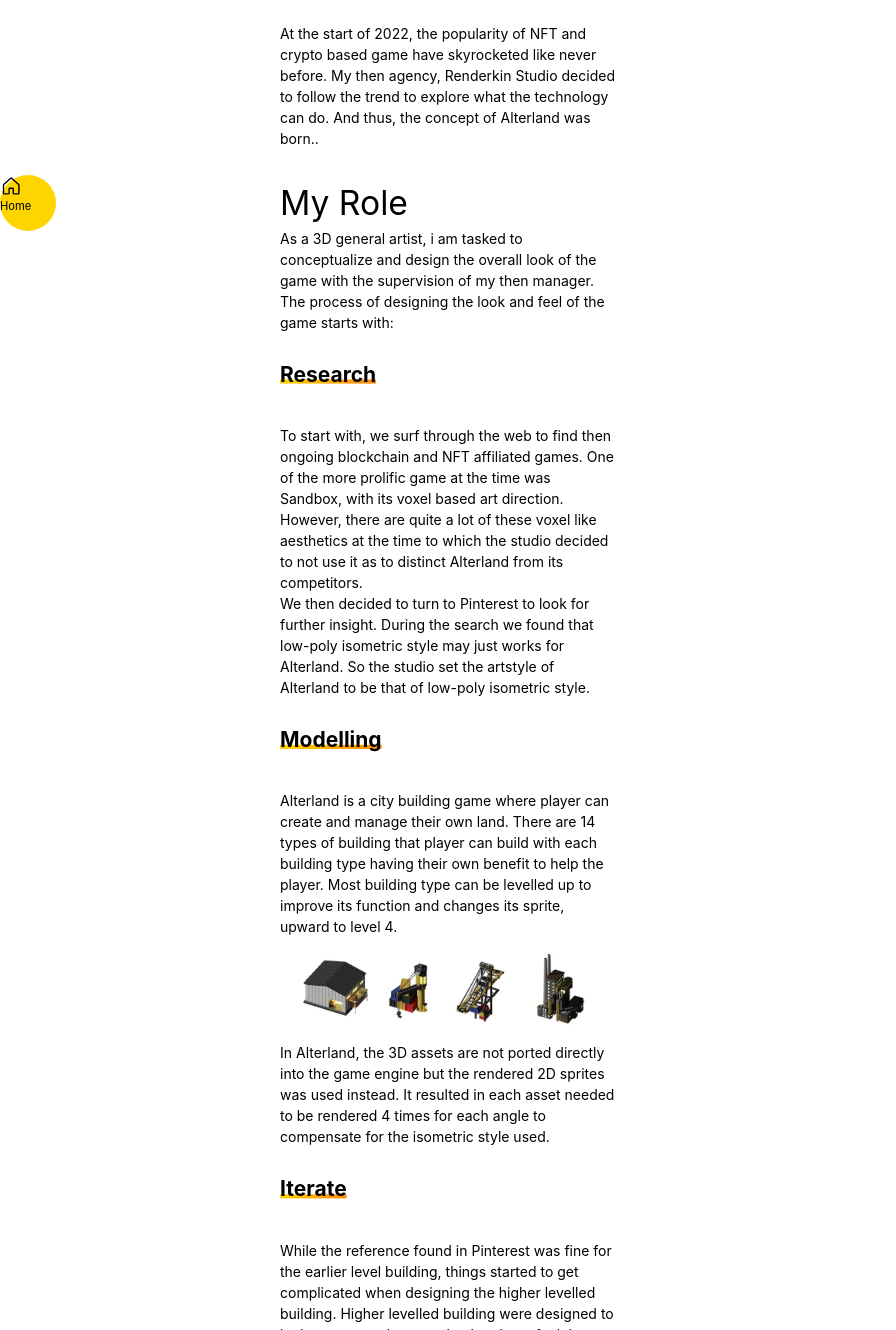
Repository: thortato/thortato.github.io
Page: /Alterland
These files come from the project's save history. The page is drawn as it stood at one moment and after the next save; the edit follows.
The browser window is 1280 px wide. The pictures show the part of the page from y = 390 to 2290 px (the page is 3850 px tall), at 70% of full size.
The project was rebuilt for these pictures with package versions that can differ from the ones it lists, and the page was loaded fresh each time. Also part of the build but not shown: src/App.css, src/Pages/Sidebar.js, src/Components/HeroImage.js, src/Pages/HeroSection.js, src/Pages/About.js, src/Components/Card.js, src/Pages/Works.js, src/Pages/ContactMe.js and 2 more.

Above is the page before, as saved 2023-10-04 20:02:15.

### public/index.html
<!DOCTYPE html>
<html lang="en">
  <head>
    <meta charset="utf-8" />
    <link rel="icon" href="%PUBLIC_URL%/favicon.ico" />
    <meta name="viewport" content="width=device-width, initial-scale=1" />
    <meta name="theme-color" content="#000000" />
    <meta
      name="description"
      content="Web site created using create-react-app"
    />
    <link rel="apple-touch-icon" href="%PUBLIC_URL%/logo192.png" />
    <!--
      manifest.json provides metadata used when your web app is installed on a
      user's mobile device or desktop. See https://developers.google.com/web/fundamentals/web-app-manifest/
    -->
    <link rel="manifest" href="%PUBLIC_URL%/manifest.json" />
    <!--
      Notice the use of %PUBLIC_URL% in the tags above.
      It will be replaced with the URL of the `public` folder during the build.
      Only files inside the `public` folder can be referenced from the HTML.

      Unlike "/favicon.ico" or "favicon.ico", "%PUBLIC_URL%/favicon.ico" will
      work correctly both with client-side routing and a non-root public URL.
      Learn how to configure a non-root public URL by running `npm run build`.
    -->
    <title>Javic's Portfolio Site</title>
  </head>
  <body>
    <noscript>You need to enable JavaScript to run this app.</noscript>
    <div id="root"></div>
    <!--
      This HTML file is a template.
      If you open it directly in the browser, you will see an empty page.

      You can add webfonts, meta tags, or analytics to this file.
      The build step will place the bundled scripts into the <body> tag.

      To begin the development, run `npm start` or `yarn start`.
      To create a production bundle, use `npm run build` or `yarn build`.
    -->
  </body>
</html>

### src/index.js
import React from 'react';
import ReactDOM from 'react-dom/client';
import './index.css';
import App from './App';
import { BrowserRouter } from 'react-router-dom';
import reportWebVitals from './reportWebVitals';

const root = ReactDOM.createRoot(document.getElementById('root'));
root.render(
  <React.StrictMode>
    <BrowserRouter>
      <App />
    </BrowserRouter>

  </React.StrictMode>
);

// If you want to start measuring performance in your app, pass a function
// to log results (for example: reportWebVitals(console.log))
// or send to an analytics endpoint. Learn more: https://bit.ly/CRA-vitals
reportWebVitals();

### src/index.css


body {
  margin: 0;
  font-family: -apple-system, BlinkMacSystemFont, 'Segoe UI', 'Roboto', 'Oxygen',
    'Ubuntu', 'Cantarell', 'Fira Sans', 'Droid Sans', 'Helvetica Neue',
    sans-serif;
  -webkit-font-smoothing: antialiased;
  -moz-osx-font-smoothing: grayscale;
}

code {
  font-family: source-code-pro, Menlo, Monaco, Consolas, 'Courier New',
    monospace;
}

@tailwind base;
@tailwind components;
@tailwind utilities;
@import url('https://fonts.googleapis.com/css2?family=Inter:wght@400;600&display=swap');

### src/App.js
import './App.css';
import './Components/Content.css';
import Sidebar from './Pages/Sidebar.js';
import Home from './Pages/Home';
import Footer from './Pages/Footer';
import ScrolltoTop from './ScrolltoTop';
import { Routes, Route} from 'react-router-dom';
import {WorkAlterland} from './Pages/Works/Work_Alterland.js';
import {WorkIntotheForest} from'./Pages/Works/Work_IntotheForest.js';


function App() {
  return (
    <>
        {/* <Sidebar /> */}
        <div className='flex flex-col '>
        <ScrolltoTop/>
        <Routes>
          <Route path='/' element={<Home/>} />
          <Route path='Alterland' element={<WorkAlterland/>} />
          <Route path='IntotheForest' element={<WorkIntotheForest/>} />
        </Routes>
        <Footer/>
        </div>



    </>
  );
}

export default App;

### src/Components/Content.css

html{
    /* scroll-snap-type: y mandatory;
    scroll-behavior: smooth; */
    font-family: 'Inter', sans-serif;
}

h1{
    font-size: 3rem;
    font-family: 'Inter', sans-serif;
}

h2{
    font-size: 2.5rem;
}

p{
    font-size: 1.25rem;
    font-weight: 400;
}


@media screen and (min-width:320px) and (max-width:480px) {
    .header{
        height: 150vh ;
        display: flex;
        align-items: center;
        justify-content: center;
        overflow: hidden;
    }

    .hero-container{
        width: 100%;
        padding: 10rem;
        display: flex;
        flex-direction: column;
    }

    .header-hero-text{
        animation-name: headerAnim;
        animation-duration: 2s;
    }

    .header-hero-text h1{
        font-size: 4rem;
        word-wrap:normal;
        font-weight: 900;
        line-height: 90%;
        margin-top: -60vh;
        /* text-align: center; */
    }

    .header-hero-image{
        translate: -15rem -10rem;
        transform: scale(.7);
        margin-top: -20%;
    }

    .header-effect{
        z-index: 0;
        animation: ScaleAnim;
        animation-duration: 2s;
        transform: scale(.7);
        position: absolute;
    }

    .header-robot{
        z-index: 1;
        animation: SlideAnim;
        animation-duration: 2s;
        transform: scale(.7);
        position: absolute;

    }

    .header-bomb{
        z-index:3;
        animation: SlideAnim;
        animation-duration: 3s;
        transform: scale(.7);
        position: absolute;
    }


}

@media screen and (min-width:640px){
    .header{
        /* scroll-snap-align: center;
        scroll-behavior:smooth; */
        height: 700px;
        width: 100vw;
        display: flex;
        align-items: center;
        justify-content: center;
        overflow: hidden;
    }

    .hero-container{
        width: 1000px;
        display: flex;
        align-items: center;
        justify-content: center;
        flex-direction: row;
        /* padding: 1rem; */
    }

    .header-hero-text h1{
        font-size: 6rem;
        font-weight: 900;
        line-height: 90%;
        /* margin-top: -25rem; */
        /* text-align: center; */
    }

    .header-hero-text p{
        margin-top: -3rem;
    }

    .header-hero-text, .header-hero-image{
        flex: 1;
        width: 30rem;
        height: 30rem;
        margin: auto;
        /* padding: 10px; */

    }

    .header-hero-text{
        animation-name: headerAnim;
        animation-duration: 2s;
    }

    .header-hero-image{
        translate: -9em -10em;
        transform: scale(.7);

    }

    /* Illustration Start */
    .header-effect{
        z-index: 0;
        animation: ScaleAnim;
        animation-duration: 2s;
        position: absolute;
        overflow: hidden;
    }

    .header-robot{
        z-index: 1;
        animation: SlideAnim;
        animation-duration: 2s;
        position: absolute;
        overflow: hidden;
    }

    .header-bomb{
        z-index:3;
        animation: SlideAnim;
        animation-duration: 3s;
        position: absolute;
        overflow: hidden;
    }
}



/* Illustration Animation Starts */
@keyframes headerAnim{
    0%{
        opacity: 0;
        translate: 0px 20px;
    }
    100%{
        opacity: 1;
        translate: 0px  0px;
    }
}

@keyframes SlideAnim{
    0%{
        translate: 60rem 0px;
    }

    5%{
        translate: 50rem 0px;
    }

    100%{
        translate: 0px 0px;
    }
}

@keyframes ScaleAnim{
    0%{
        transform: scale(0);
    }
    25%{
        transform: scale(.8rem);
    }
    100%{
        transform: scale(1rem);
    }
}
/* Illustration Animation End */


/* About */
@media screen and (min-width:320px) and (max-width:480px) {
    .about{
        display: flex;
        align-items: center;
        justify-content: center;
        height:130vh;
        margin-top: -50%;
        padding: 1rem;
    }

    .about-container{
        /* width: 100vw; */
        display: flex;
        flex-direction: column-reverse;
        z-index: 1;
    }

    .about-profile-picture, .about-profile-image{
        flex: 1;
        padding: 1rem;
        width:90%;
        border-radius: 100%;
    }

    .about-profile-description{
        flex:1;
        padding: 1rem;
        margin-top: -80px;
        display: flex;
        flex-direction: column;
        justify-content: center;
    }

    .about-profile-description-Sub{
        margin-top: -2rem;
    }

    .about-underline{
        background-image: linear-gradient(120deg, #ffd500 0%, #ff8605 100%);
        background-repeat: no-repeat;
        background-size: 100% 0.2em;
        background-position: 0 88%;
        transition: background-size 0.25s ease-in;
        &:hover {
            background-size: 100% 88%;

        }
    }
}

@media screen and (min-width:640px){
    .about{
        display: flex;
        align-items: center;
        justify-content: center;
        scroll-snap-align: center;
        margin-top: 10%;
        height:100%;
    }

    .about-container{
        width: 60rem;
        display: flex;
        flex-direction: row;
        z-index: 1;
    }

    .about-profile-picture, .about-profile-image{
        flex: 1;
        padding: 1rem;
        border-radius: 100%;
    }

    .about-picture-background{
        background-color: #ffd500;
        width: 1000px;
        height: inherit;
        transform: translateX(-100%);
        z-index: -99999;
        position: inherit;
    }

    .about-profile-description{
        flex:1;
        padding: 20px;
        margin-top: -80px;
        display: flex;
        flex-direction: column;
        justify-content: center;
    }

    .about-profile-description-Sub{
        margin-top: -20px;
    }

    .about-underline{
        background-image: linear-gradient(120deg, #ffd500 0%, #ff8605 100%);
        background-repeat: no-repeat;
        background-size: 100% 0.2em;
        background-position: 0 88%;
        transition: background-size 0.25s ease-in;
        &:hover {
            background-size: 100% 88%;

        }
    }

}

/* About Ends */

/* Works Starts */
.card-container{
    background-color: #ffd500;
    width: 22rem;
    height: 25rem;
    align-items: center;
    justify-content: center;
    /* margin-bottom: 20px; */
}

.card-container:hover{
    transform: scale(1.05);
    transition: all .2s ease-in-out;
    filter: drop-shadow(0 0 .25rem rgb(42, 42, 42));
}

.card-thumbnail{
    width: inherit;
    height: 12rem;
    margin-bottom: 10px;
}

.card-title{
    font-size: 1.5rem;
    font-weight: 750;
}

.card-caption{
    margin-bottom: 10%;
}

.card-title, .card-caption{
    margin-left: 5%;
}

@media screen and (min-width:320px) and (max-width:480px) {
    .works{
        display: flex;
        align-items: center;
        justify-content: space-around;
        flex-direction: column;
        margin-top: 10%;
        height: 100%;
    }

    .work-containers{
        display: flex;
        max-width: 80%;
        align-items: center;
        justify-content: center;
        gap: 2rem;
        flex-direction: column;
        padding: 2rem;
    }
}

@media screen and (min-width:640px) {
    .works{
        display: flex;
        align-items: center;
        justify-content: center;
        flex-direction: column;
        margin: 4rem 0;
        height: 40rem;
    }

    .work-containers{
        display: flex;
        justify-content: center;
        width: 85em;
        align-self: center;
        flex-direction: row;
        padding: 1rem;
        gap: 5rem;

    }
}
/* Works Ends */

/* ContactMe Starts */
@media screen and (min-width:320px) and (max-width:480px) {
    .contactMe{
        display: flex;
        align-items: center;
        justify-content: center;
        flex-direction: column;
        background-image: linear-gradient(120deg, #ffd500 0%, #ff8605 100%);
        background-repeat: no-repeat;
        height: 40rem;
        width: 100vw;
        font-family: 'Inter', sans-serif;
    }

    .contactMe-caption{
        font-size: 2.5rem;
        font-weight: 800;
        padding: 1rem;
        text-align: center;
    }
}

@media screen and (min-width:640px){
    .contactMe{
        display: flex;
        align-items: center;
        justify-content: center;
        flex-direction: column;
        background-image: linear-gradient(120deg, #ffd500 0%, #ff8605 100%);
        background-repeat: no-repeat;
        height: 40rem;
        width: 100vw;
        font-family: 'Inter', sans-serif;
    }

    .contactMe-caption{
        font-size: 2.5rem;
        font-weight: 800;
        padding: 1rem;
    }
}

.contactMe-button{
    background-color: black;
    color: white;
    border-radius: 16px;
    padding: 8px;
    width:10rem;
}

.footer{
    background-color: #f2f2f2;
    width: 100vw;
    height: 6rem;
    display: flex;
    flex-direction: row;
    align-items: center;
    justify-content: center;
    font-family: 'Inter', sans-serif;
}

### src/Pages/Footer.js
import '../Components/Content.css';

export default function Footer(){
    return(
        <div>
            <div className="footer">
                    Built by Javic Rotanson. Inspired by Yo-star.com
            </div>
        </div>
    );

}


// .footer{
//     background-color: #f2f2f2;
//     width: 100vw;
//     height: 6rem;
//     display: flex;
//     flex-direction: row;
//     align-items: center;
//     justify-content: center;
//     font-family: 'Inter', sans-serif;
// }

### src/Pages/Works/Work_Alterland.js
import "./../../Components/Content.css";
import "./works.css";
import { Link } from "react-router-dom";
import HeroIllustration from "../../Assets/Image/Hero_Alterland.png";
import MayorsIllustration from "./../../Assets/Image/Alterland_Asset/Mayors.png";
import LevelIllustration from "./../../Assets/Image/Alterland_Asset/PowerLv1_Lv4.jpg";
import ComparisonIllustration from "./../../Assets/Image/Alterland_Asset/AlterlandComparison.jpg";
import { HomeButton } from "../../Components/HomeButton";

export function WorkAlterland() {
  return (

    <div>
      <HomeButton/>
        <div className="relative">
      {/* Image */}
      <img
        className="brightness-50 w-full md:h-96"
        src={HeroIllustration}
        alt="Hero Illustration"
      />

      {/* Text */}
      <div className="absolute top-8 md:top-32 left-0 right-0 text-center white-text font-bold">
        <h1>Alterland</h1>
        <p>City Building Game</p>
        <p>January 2022 - May 2022</p>
      </div>
    </div>

      <div className="flex flex-col gap-10 px-5 md:px-[400px] mt-10">
        <div>
          <p>
            At the start of 2022, the popularity of NFT and crypto based game
            have skyrocketed like never before. My then agency, Renderkin Studio
            decided to follow the trend to explore what the technology can do.
            And thus, the concept of Alterland was born..
          </p>
        </div>

        <div>
          <h1>My Role</h1>
          <p>
            As a 3D general artist, i am tasked to conceptualize and design the
            overall look of the game with the supervision of my then manager.
          </p>
          <p>
            The process of designing the look and feel of the game starts with:
          </p>
        </div>
        <div>
          <h2 className="text-3xl font-bold md:mb-14">
            <span className="highlight">Research</span>
          </h2>
          <p>
            To start with, we surf through the web to find then ongoing
            blockchain and NFT affiliated games. One of the more prolific game
            at the time was Sandbox, with its voxel based art direction.
            However, there are quite a lot of these voxel like aesthetics at the
            time to which the studio decided to not use it as to distinct
            Alterland from its competitors.
          </p>
          <p>
            We then decided to turn to Pinterest to look for further insight.
            During the search we found that low-poly isometric style may just
            works for Alterland. So the studio set the artstyle of Alterland to
            be that of low-poly isometric style.
          </p>
        </div>
        <div>
          <h2 className="text-3xl font-bold md:mb-14">
            <span className="highlight">Modelling</span>
          </h2>
          <p>
            Alterland is a city building game where player can create and manage
            their own land. There are 14 types of building that player can build
            with each building type having their own benefit to help the player.
            Most building type can be levelled up to improve its function and
            changes its sprite, upward to level 4.
          </p>
          <img src={LevelIllustration} alt="Level" className="p-5" />
          <p>
            In Alterland, the 3D assets are not ported directly into the game
            engine but the rendered 2D sprites was used instead. It resulted in
            each asset needed to be rendered 4 times for each angle to
            compensate for the isometric style used.
          </p>
        </div>
        <div>
          <h2 className="text-3xl font-bold md:mb-14">
            <span className="highlight">Iterate</span>
          </h2>
          <p>
            While the reference found in Pinterest was fine for the earlier
            level building, things started to get complicated when designing the
            higher levelled building. Higher levelled building were designed to
            look more complex to make the player feel the progression they made
            when upgrading buildings.
          </p>
          <p>
            These complexity of course, runs against the aforementioned low-poly
            style. We decided to use SimCity as example for higher levelled
            building while slightly compensating the complexity for a more
            casual low-poly style.
          </p>
          <img src={ComparisonIllustration} alt="Comparison" className="p-5" />
        </div>
        <div>
          <h2 className="text-3xl font-bold md:mb-14">
            <span className="highlight">Result</span>
          </h2>
          <p>
            Over the course of three months, I created approximately 65 assets
            for the game, each crafted with shading, texturing and lighting
            effects. Additionally, I've also created six character portraits
            intended for in-game uses.
          </p>
          <p>
            However, as the hype surrounding NFTs and crypto dwindled down, this
            project was sadly suspended indefinitely. Nevertheless, as my first
            project I am grateful for the experience gained and the opportunity
            to enhance my 3D skills through my involvement in the Alterland
            project.
          </p>
          <img src={MayorsIllustration} alt="Mayor" className="p-5 mb-20" />
        </div>
      </div>
    </div>
  );
}

### src/Components/Sidebar.css
/* @import url('https://fonts.googleapis.com/css?family=Josefin+Sans'); */

.sidebar{
    font-family: 'Josefin Sans';
    background-color: rgb(255, 205, 22);
    width: 20%;
    height: 100%;
    position:fixed!important;
    z-index:5;
    overflow: auto;
    display: flex;
    flex-direction: column;
    transform-origin: 0%;
    filter: drop-shadow(5px 0 15px #454545);


  }

a:link { text-decoration: none; }

a:visited { text-decoration: none; color: #000000; }

a:hover { text-decoration: none; }

a:active { text-decoration: none; }

.collapse{
  transform: translateX(-110%);
  transition: 0.5s ease;
}

.toggle{
  transform: translateX(0%);
  transition: 0.5s ease;
}

.option{
  display: flex;
  margin:0 0;
  padding: 20px 0 20px 20px;
  font-size: 20px;
  gap: 8px;
  align-items:center ;

}

.option:hover{
  background-color: black;
  padding: 20px 0 20px 20px;
  margin: 0 0;
  color: white;
  transition: background-color 0.5s ease
}

.subtitle{
  font-size: 200%;
  font-weight: 500;
  margin-left: 20px;
  font-weight: 1000;
  display: flex;
  align-items: center;
}

.toggleButton{
  background:none;
  border: none;
  color: antiquewhite;
  font-size: 30px;
  margin-left: 20px;
  margin-top: 20px;
  position: fixed;

}

.closeButton{
  background:none;
  border: none;
  font-size: 30px;
  margin-left: 100px;
}

.buttonALign{
  bottom: 50px;
}

### src/Pages/Works/works.css
.hero-banner{
    height: 25rem;
    width: 100vw;
    filter: brightness(50%);
}

.text{
    position: absolute;
    top: 0;
    bottom: 0;
    left: 0;
    right: 0;
    display: flex;
    align-items: center;
    color: #f2f2f2;
    flex-direction: column;
    filter: drop-shadow(10px 10px 10px #404040);
}

.text > h1{
    font-size: 6rem;
    margin-bottom: 0px;
}

.text > p{
    font-size: 1rem;
    margin: 0px auto;

}


.description-container{
    display: flex;
    flex-direction: column;
    justify-content: center;
    align-items: center;

}

.text-container{
    display: flex;
    flex-direction: column;
    padding: 0 6rem;
    justify-content: center;
    /* align-items: center; */
    /* flex: 7; */

}

/* .section-row{
    display: flex;
    flex-direction: row;
    justify-items: center;
    height: auto;
    padding: 10px;
    width: 1000px;
} */

.section-column{
    display: flex;
    flex-direction: column;
    justify-content: center;
    height: auto;
    padding: 10px;
    width: 60rem;
}

.image{
    margin: 5rem;
    z-index: 5;
}

.work-header{
    position: relative;
}

.highlight{
    background-image: linear-gradient(120deg, #ffd500 0%, #ff8605 100%);
    background-repeat: no-repeat;
    background-size: 100% 0.2em;
    background-position: 0 88%;
}

.white-text{
    color: white;
}

### src/Components/HomeButton.js
import { House} from "phosphor-react";
import { Link } from "react-router-dom";

export const HomeButton = () =>{
    return(
        <div className="bg-amber w-20 h-20 mx-auto rounded-full fixed bottom-0 z-50" >
            <Link to="/">
            <House size={32} className="buttonAlign"/>
            Home
            </Link>
        </div>
    );
}

### tailwind.config.js
/** @type {import('tailwindcss').Config} */
module.exports = {
  content: [
    "./src/**/*.{js,jsx,ts,tsx}",
  ],
  theme: {
    extend: {},
    colors:{
      "amber" : "#FFD500"
    },
    fontFamily: {
      // sans: ['"Montserrat"', 'sans-serif'],
      sans: ['"Inter"', "sans-serif"],
    },
  },
  plugins: [],
}

Loaded but not shown: src/reportWebVitals.js (common file); src/ScrolltoTop.js (common file)

After the next save:
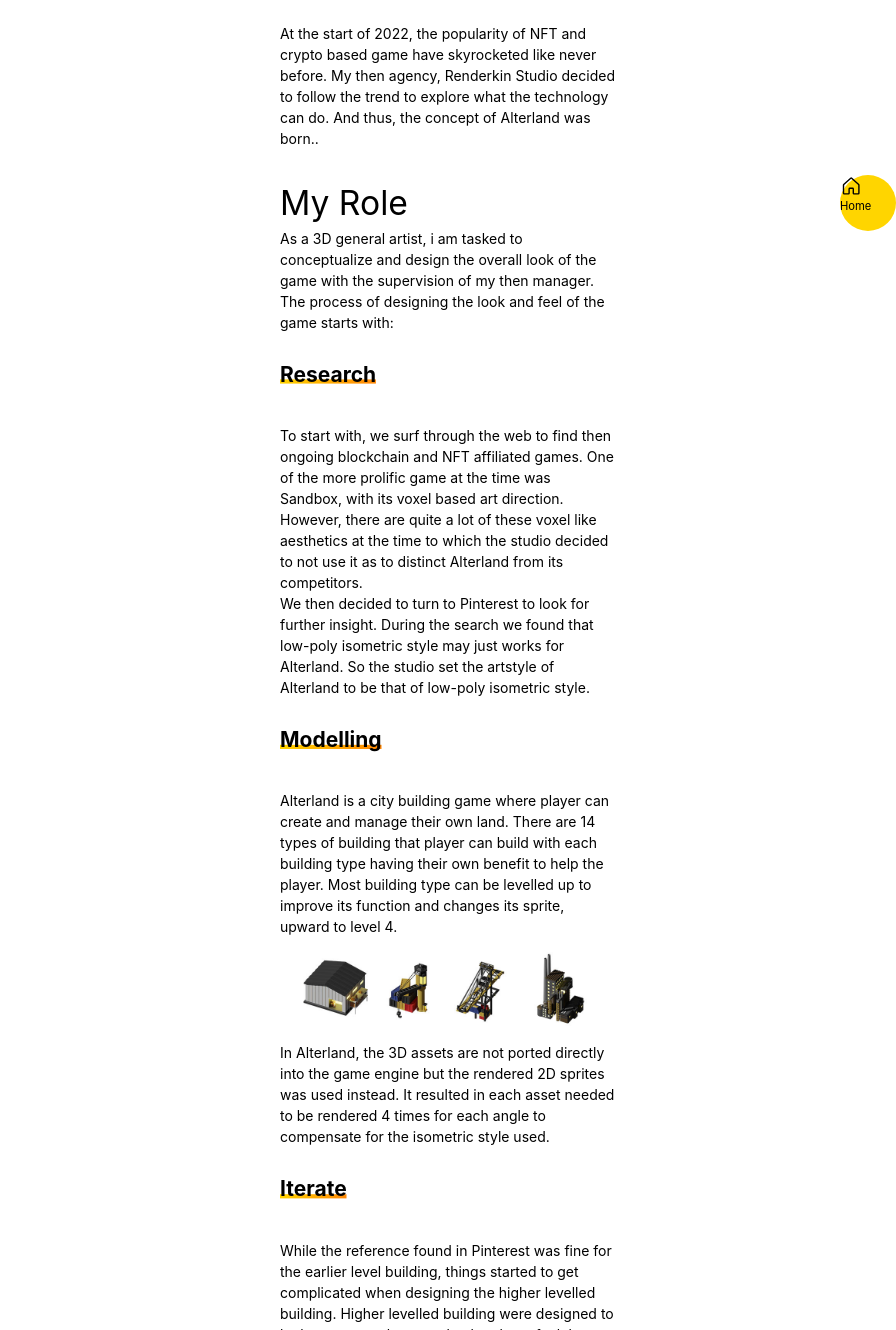
Saved 4 s later.
--- a/src/Components/HomeButton.js
+++ b/src/Components/HomeButton.js
@@ -3,7 +3,7 @@
 
 export const HomeButton = () =>{
     return(
-        <div className="bg-amber w-20 h-20 mx-auto rounded-full fixed bottom-0 z-50" >
+        <div className="bg-amber w-20 h-20 mx-auto rounded-full fixed bottom-0 right-0 z-50" >
             <Link to="/">
             <House size={32} className="buttonAlign"/>
             Home
